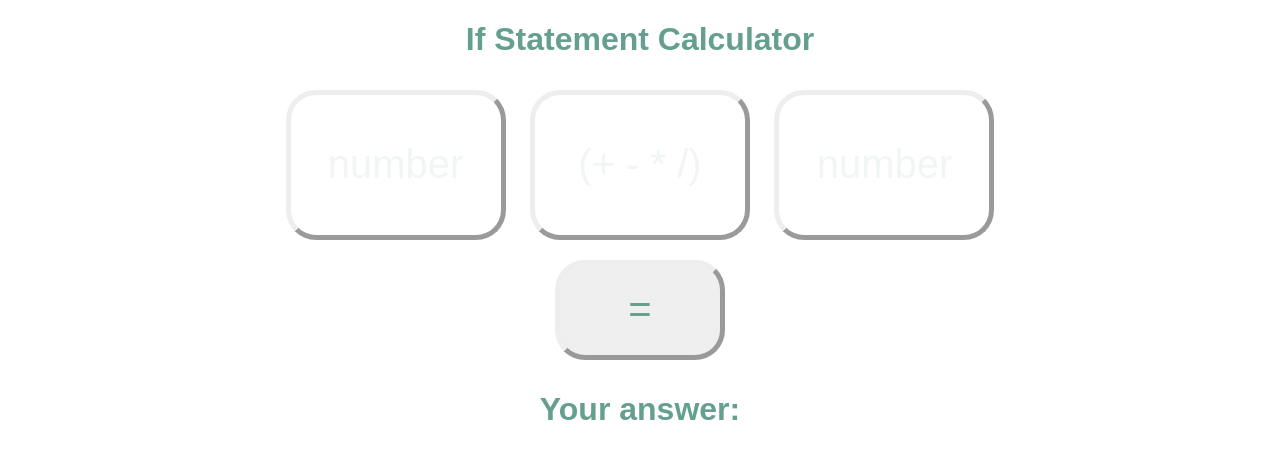
Repository: WesleyErasmus/threeInputCalculator
Page: html/if-calculator.html
The author's editor kept a copy of each file at every save. The page is drawn from the files as they stood at one save, then again after the next save.
The browser window is 1280 px wide. The pictures show the whole page.

Above is the page before, as saved 2022-04-27 22:43:26.

### html/if-calculator.html
<!DOCTYPE html>
<html lang="en">
<head>
    <meta charset="UTF-8">
    <meta http-equiv="X-UA-Compatible" content="IE=edge">
    <meta name="viewport" content="width=device-width, initial-scale=1.0">
    <title>JS If Calculator</title>
    <link rel="stylesheet" href="/css/stylesheet.css">
    <script src="/js/if-calculator.js"></script>
</head>
<body>

<center>
    <form onsubmit="return false;">
        <h1>If Statement Calculator</h1>
         <input id="input1" type="text" name = "input1" placeholder="number"> <!-- input-1 -->
         <input id="input3" type="text" name = "input3" placeholder="(+ - * /)"> <!-- input-3 (operator) -->
         <input id="input2" type="text" name = "input2" placeholder="number"> <!-- input-2 -->
        <div>
         <button onclick="sum()">=</button>
        </div>
         <h1>Your answer:</h1>
         <p id="output"></p>
    </form>
</center>
</body>
</html>

### css/stylesheet.css
body {
font-family: sans-serif;
/* background-color: #9e9e9e; */
}
h1 {
    color: #659f8f;
}
form {
display: block;
margin: 0 auto;
}
input {
    /* background-color: #9e9e9e; */
    width: 170px;
    height: 100px;
    padding: 20px;
    margin: 10px;
    text-align: center;
    font-size: 40px;
    border-radius: 30px;
    border: 5px outset;
}
button {
    /* background-color: #d5613a; */
    color: #659f8f;
    width: 170px;
    height: 100px;
    padding: 0;
    margin: 10px;
    font-size: 40px;
    border-radius: 30px;
    border: 5px outset;
}
p {
    text-align: center;
    margin: 10px;
    padding: 20px;
    font-size: 75px;
    border-radius: 10px;
    color: #d5613a;
}
::placeholder {
    color: #659f8f17;
}

### js/if-calculator.js
function sum() {
const num1 = document.getElementById("input1").value;
const num2 = document.getElementById("input2").value;
const operator = document.getElementById("input3").value;
const output = document.getElementById("output").value;
  let answer;
  document.getElementById("output").value;
  if (operator == '+') {
    answer = +num1 + +num2;
    document.getElementById("output").innerHTML = answer;
  } else if (operator == '-') {
    answer = num1 - num2;
    document.getElementById("output").innerHTML = answer;
  } else if (operator == '*') {
    answer = num1 * num2;
    document.getElementById("output").innerHTML = answer;
  } else {
    answer = num1 / num2;
    document.getElementById("output").innerHTML = answer;
  }console.log(answer);
}

After the next save:
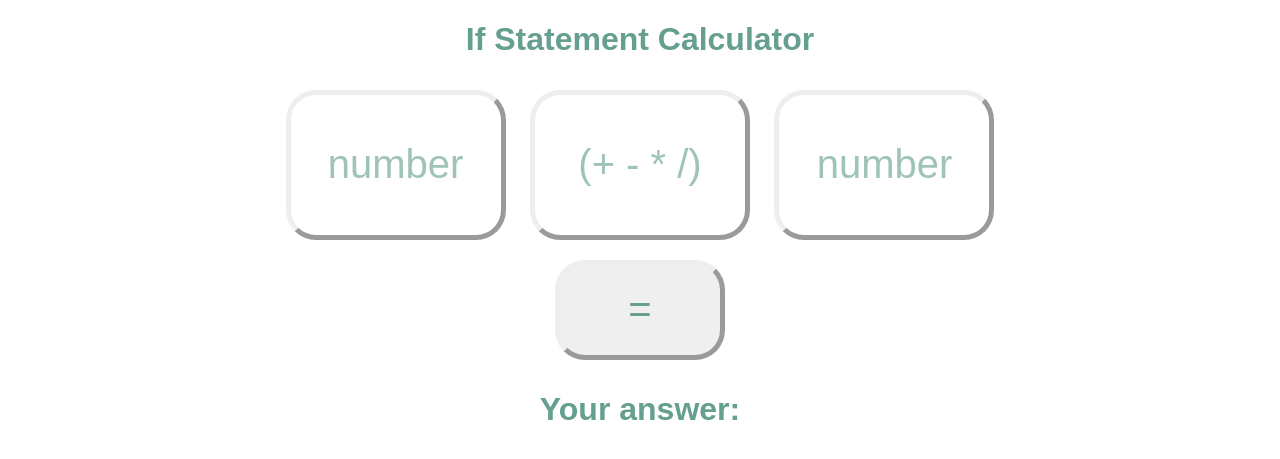
Saved 4 s later.
--- a/css/stylesheet.css
+++ b/css/stylesheet.css
@@ -40,5 +40,5 @@ p {
     color: #d5613a;
 }
 ::placeholder {
-    color: #659f8f17;
+    color: #659f8f9f;
 }
